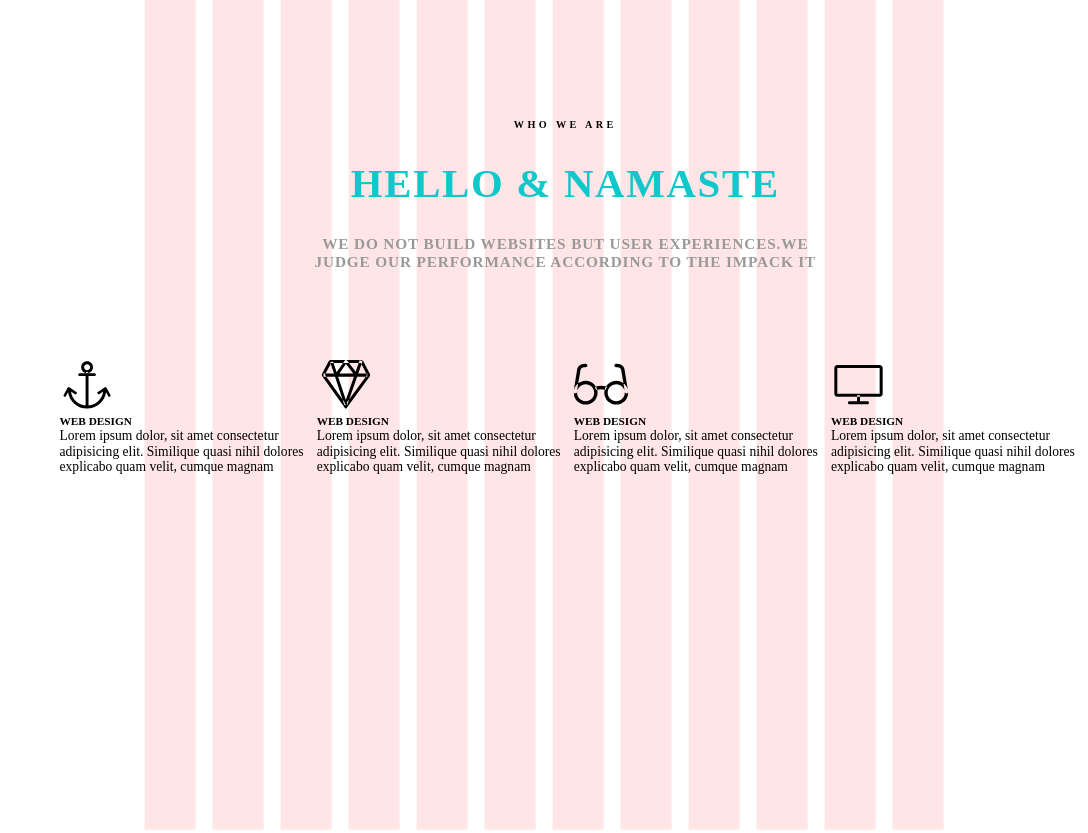
Repository: shpakovskaya/github.io
Page: boxsizing/namastegreen/index.html
An editor plug-in stored every save of this project. The page is shown before and after the next save, followed by the edit.
The browser window is 1280 px wide. The pictures show the whole page, at 85% of full size.

Above is the page before, as saved 2021-11-22 19:54:03.

After the next save:
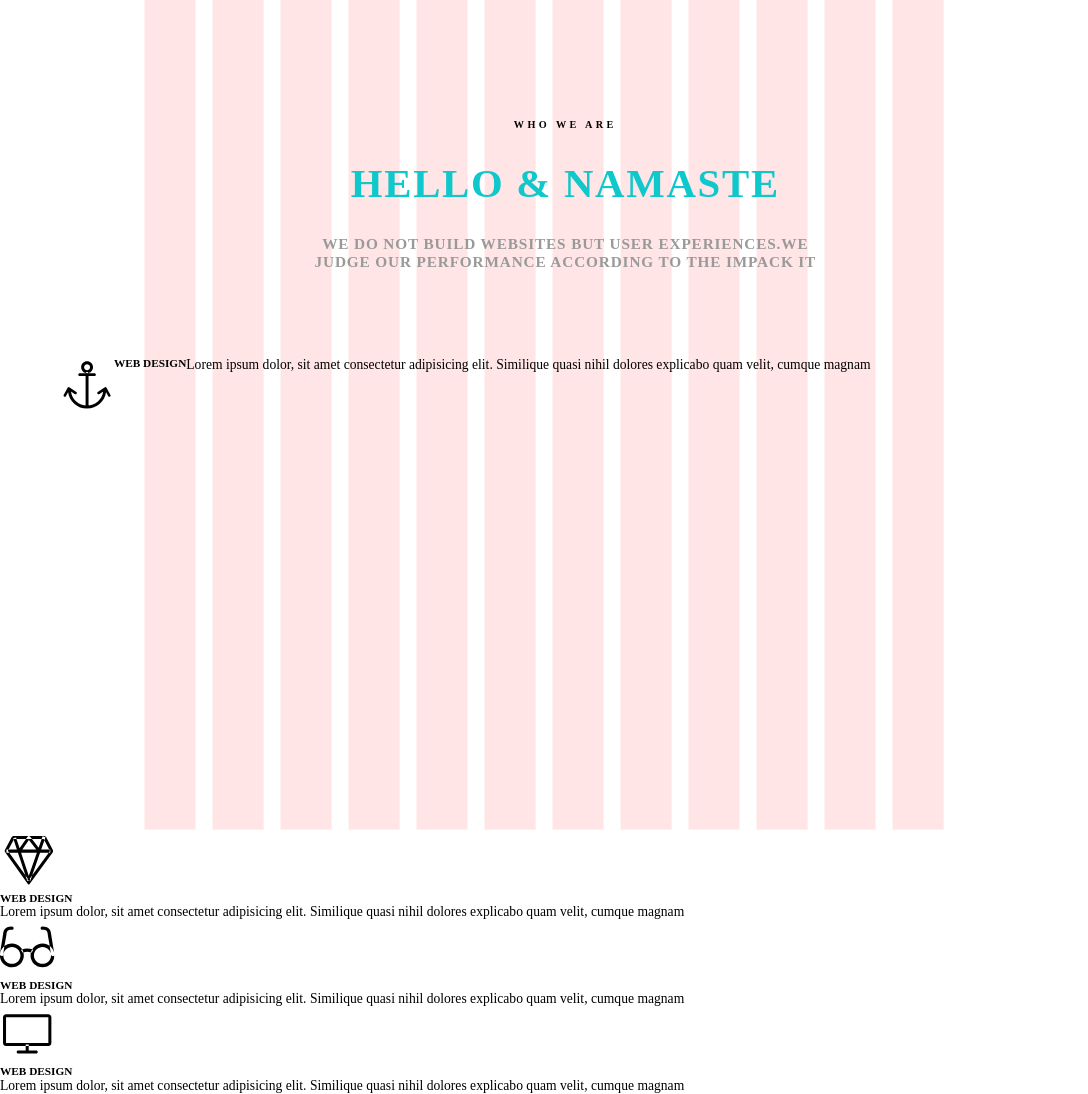
Saved 35 s later.
--- a/boxsizing/namastegreen/index.html
+++ b/boxsizing/namastegreen/index.html
@@ -49,7 +49,7 @@
       <!-- Main content -->
       <div class="wrapper">
         <!-- Anchor item -->
-        <div class="c-wrapper__anchor">
+        <!-- <div class="c-wrapper__anchor"> -->
           <div class="e-wrapper__anchor">
             <svg
               version="1.2"

After the 2 saves that followed:
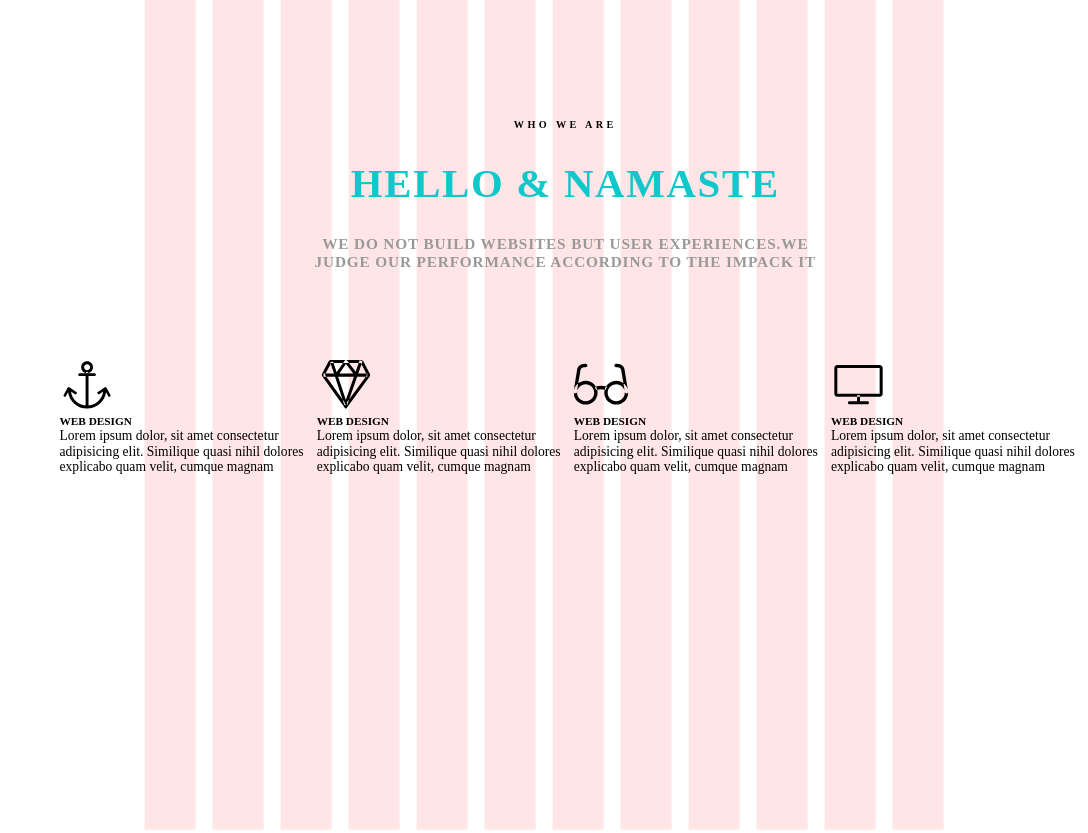
The 2 saves are shown as one change because 1 left the picture as it was.
The last was saved 23 s later.
--- a/boxsizing/namastegreen/index.html
+++ b/boxsizing/namastegreen/index.html
@@ -49,7 +49,7 @@
       <!-- Main content -->
       <div class="wrapper">
         <!-- Anchor item -->
-        <!-- <div class="c-wrapper__anchor"> -->
+        <div class="c-wrapper__anchor">
           <div class="e-wrapper__anchor">
             <svg
               version="1.2"
--- a/boxsizing/namastegreen/style.css
+++ b/boxsizing/namastegreen/style.css
@@ -52,7 +52,7 @@
   left: 70px;
   display: flex;
   flex-direction: row;
-  /* justify-content: center; */
+  justify-content: center;
 }
 
 #Anchor:hover {
